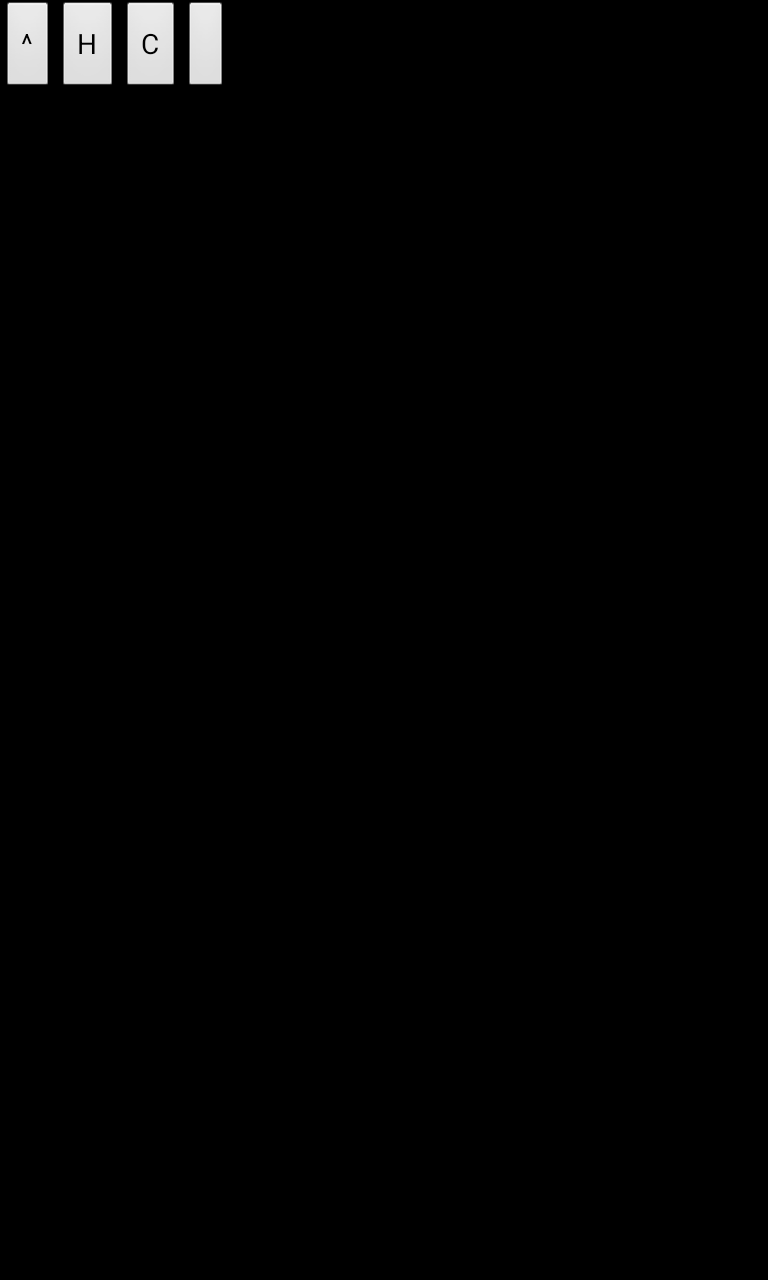
Repository: simplesns/workspace
Layout: eclipse/DEPuzzles/res/layout/wordsearch.xml
The author's editor kept a copy of each file at every save. The layout is drawn from the files as they stood at one save, then again after the next save.
It is drawn on a 768 x 1280 px phone screen (xhdpi) without system bars, with theme android:Theme; the app's code is not run.

Above is the layout before, as saved 2011-02-04 08:30:19.

After the next save:
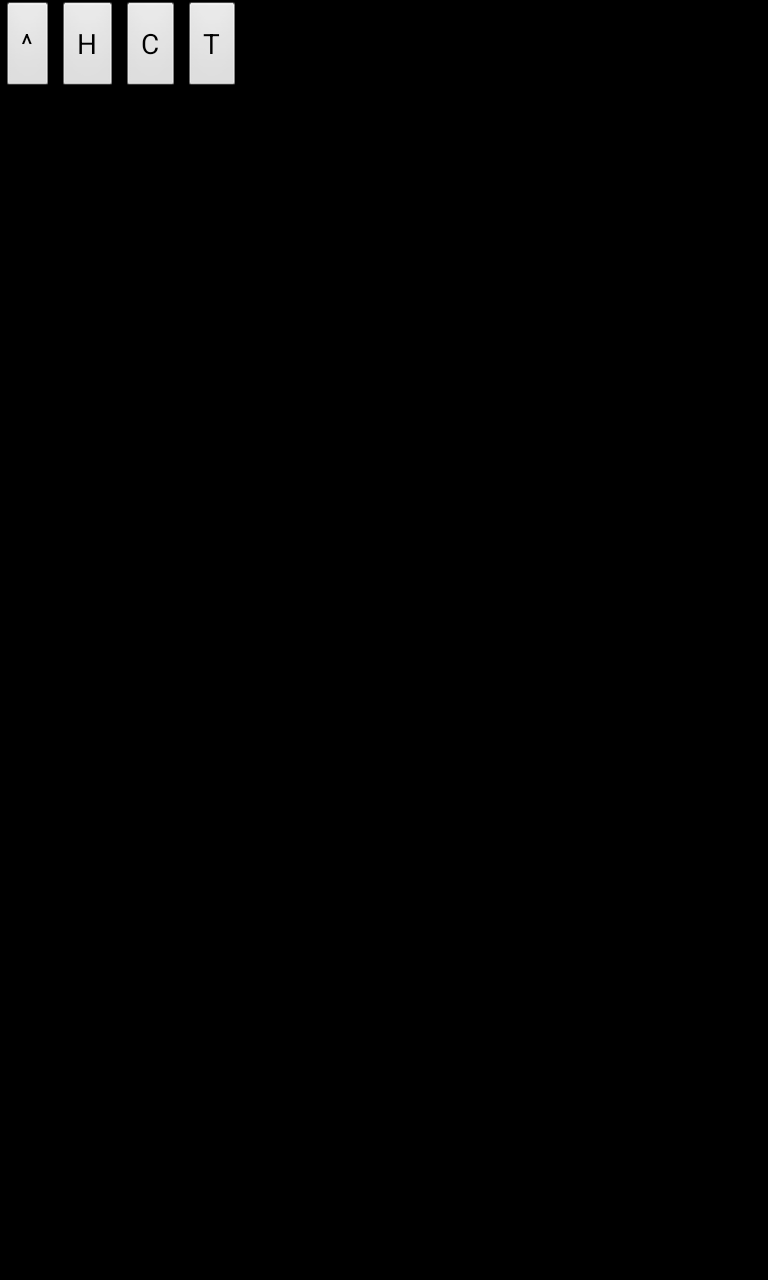
Saved 4 s later.
--- a/eclipse/DEPuzzles/res/layout/wordsearch.xml
+++ b/eclipse/DEPuzzles/res/layout/wordsearch.xml
@@ -9,7 +9,7 @@
 			android:layout_width="wrap_content" android:layout_height="wrap_content"></Button>
 		<Button android:text="C" android:id="@+id/Button03"
 			android:layout_width="wrap_content" android:layout_height="wrap_content"></Button>
-		<Button android:text="@+id/Button04" android:id="@+id/Button04"
+		<Button android:text="T" android:id="@+id/Button04"
 			android:layout_width="wrap_content" android:layout_height="wrap_content"></Button>
 	</LinearLayout>
 </LinearLayout>
